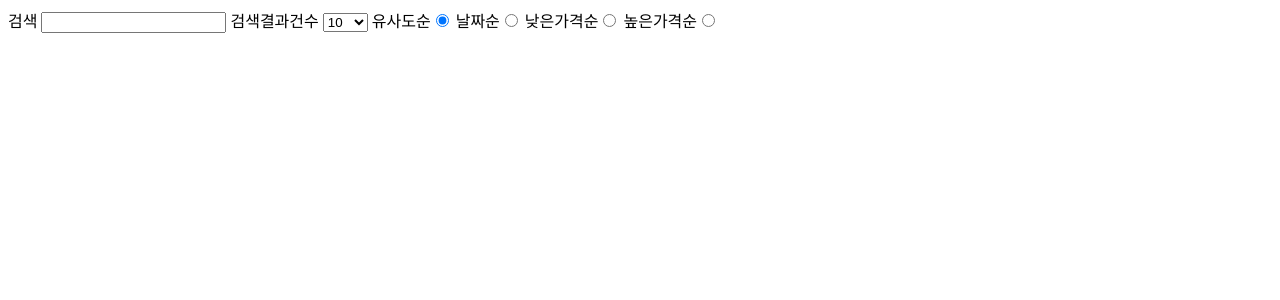
Repository: jeehui/JSPStudy
Page: http://localhost/OPENAPI_PRAC/search/search.jsp
The author's editor kept a copy of each file at every save. The page is drawn from the files as they stood at one save, then again after the next save.
The browser window is 1280 px wide. The pictures show the whole page.
The page is served by Tomcat 9. Other server files are loaded and not shown.

Above is the page before, as saved 2022-05-03 05:44:55.

### OPENAPI_PRAC/src/main/webapp/search/search.jsp
<%@ page language="java" contentType="text/html; charset=UTF-8"
    pageEncoding="UTF-8"%>
<!DOCTYPE html>
<html>
<head>
<meta charset="UTF-8">
<title>Insert title here</title>
</head>
<body>
	<form id="formSearch">
		<label for="query">
			검색
			<input type="text" name="query" id="query">
		</label>
		<label for="display">
			검색결과건수
			<select name="display" id="display">
				<option value="10" selected>10</option>
				<option value="20" >20</option>
				<option value="40" >40</option>
				<option value="60" >60</option>
				<option value="80" >80</option>
				<option value="100" >100</option>
			</select>
		</label>
		<label for="sim">유사도순<input type="radio" name="sort" id="sim" value="sim" checked></label>
		<label for="date">날짜순<input type="radio" name="sort" id="date" value="date"></label>
		<label for="asc">낮은가격순<input type="radio" name="sort" id="asc" value="sim"></label>
		<label for="dsc">높은가격순<input type="radio" name="sort" id="dsc" value="sim"></label>
	</form>
</body>
</html>

After the next save:
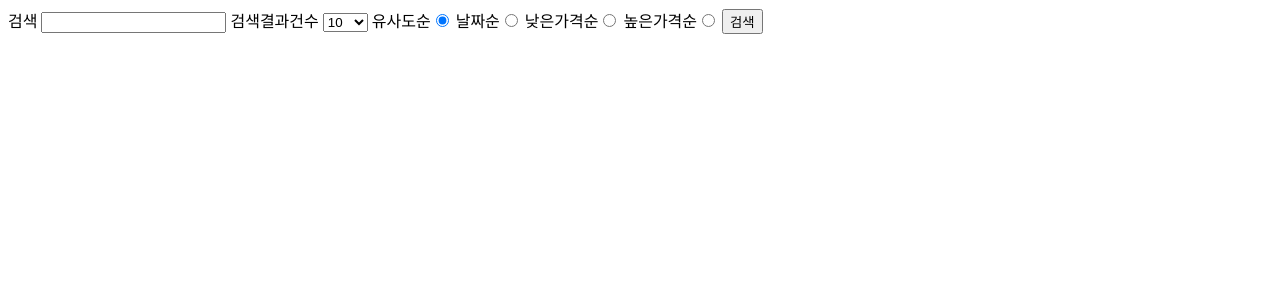
Saved 60 s later.
--- a/OPENAPI_PRAC/src/main/webapp/search/search.jsp
+++ b/OPENAPI_PRAC/src/main/webapp/search/search.jsp
@@ -27,6 +27,7 @@
 		<label for="date">날짜순<input type="radio" name="sort" id="date" value="date"></label>
 		<label for="asc">낮은가격순<input type="radio" name="sort" id="asc" value="sim"></label>
 		<label for="dsc">높은가격순<input type="radio" name="sort" id="dsc" value="sim"></label>
+		<input type="button" value="검색" id="btnSearch">
 	</form>
 </body>
 </html>
